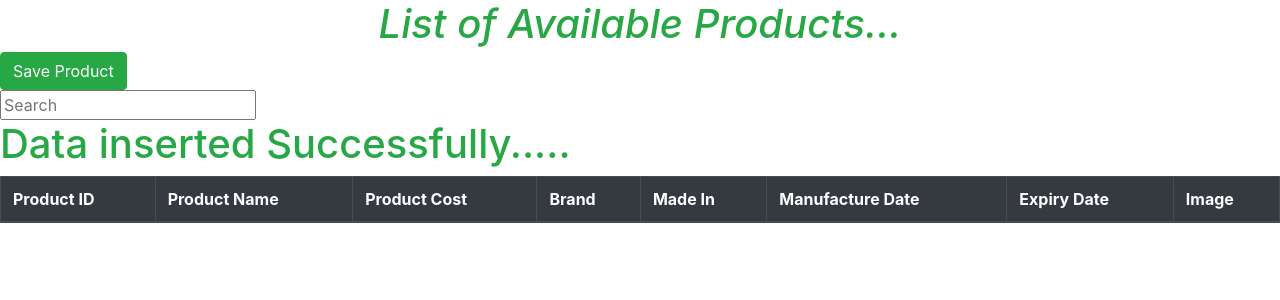
Repository: vineethGoudGithub/JavaApplications
Page: http://localhost/ProductManagementApp/productList.jsp
An editor plug-in stored every save of this project. The page is shown before and after the next save, followed by the edit.
The browser window is 1280 px wide. The pictures show the whole page.
The page is served by Tomcat 9. Queries for data that is not in the repository find no rows.

Above is the page before, as saved 2024-03-06 06:13:35.

After the next save:
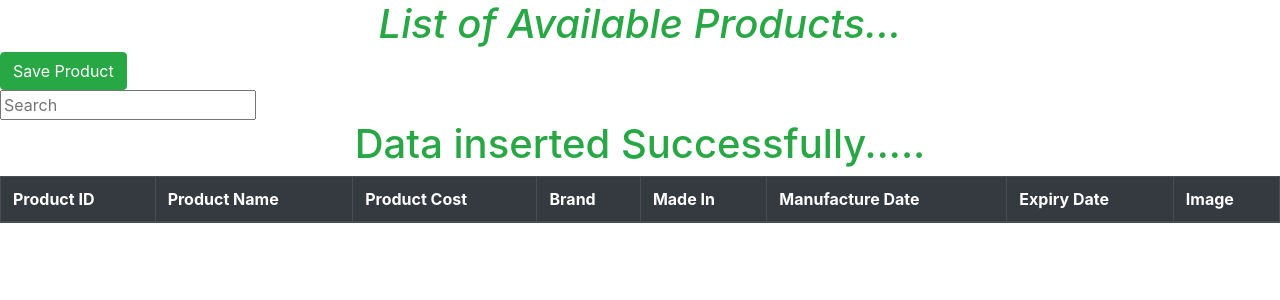
Saved 9 s later.
--- a/ProductManagementApp/src/main/webapp/productList.jsp
+++ b/ProductManagementApp/src/main/webapp/productList.jsp
@@ -24,7 +24,7 @@
 </div>
 
 <div>
-		<h1 class="text-success">Data inserted Successfully.....</h1>
+		<h1 class="text-success text-center">Data inserted Successfully.....</h1>
 </div>
 
 
